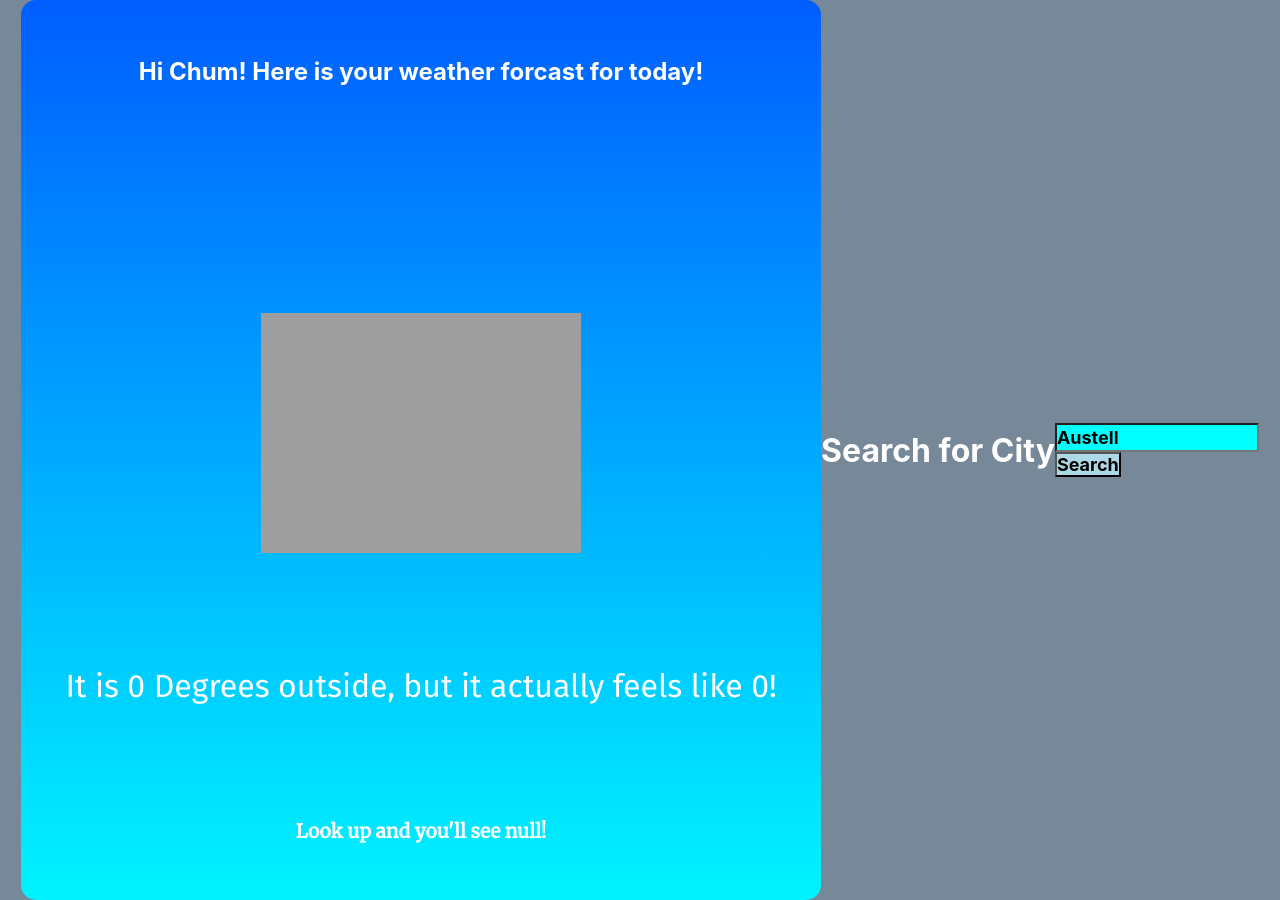
Repository: sayrilamar/chumsweatherapp
Page: /
The author's editor kept a copy of each file at every save. The page is drawn from the files as they stood at one save, then again after the next save.
The browser window is 1280 px wide. The pictures show the whole page.
Pictures or frames that could not be fetched are drawn as grey boxes. The page's requests for data from a server got no answer. The project was rebuilt for these pictures with package versions that can differ from the ones it lists, and the page was loaded fresh each time. No one was signed in, and anything a server would have sent is missing.

Above is the page before, as saved 2020-04-19 09:11:28.

### src/index.css
* {
  margin: 0;
  padding: 0;
  font-family: -apple-system, BlinkMacSystemFont, 'Segoe UI', 'Roboto', 'Oxygen',
    'Ubuntu', 'Cantarell', 'Fira Sans', 'Droid Sans', 'Helvetica Neue',
    sans-serif;
  -webkit-font-smoothing: antialiased;
  -moz-osx-font-smoothing: grayscale;
}

body {
  background: lightslategrey
}

### src/App.js
import React, {useState, useEffect} from "react";
import "./App.css";
import WeatherCard from "./components/WeatherCard/component.js";

function App() {
  const [query,
    setQuery] = useState("Austell");
  const [weather,
    setWeather] = useState({
    temp: null,
    city: null,
    condition: null,
    country: null,
    description: null,
    feels_like: null
  });

  const data = async q => {
    const apiRes = await fetch(`http://api.openweathermap.org/data/2.5/weather?q=${q}&units=imperial&APPID=ab0ef440364092f54ff821ca2b803163`);
    const resJSON = await apiRes.json();
    return resJSON;
  };

  const handleSearch = e => {
    data(query).then(res => console.log(res));
    e.preventDefault();
    data(query).then(res => {
      setWeather({
        temp: res.main.temp,
        city: res.name,
        condition: res.weather[0].main,
        country: res.sys.country,
        description: res.weather[0].description,
        feels_like: res.main.feels_like
      });
    });
  };

  // runs once the dom is loaded for the first time only, because there is no
  // variable being watched in the dependency array
  useEffect(() => {
    data(query).then(res => {
      setWeather({
        temp: res.main.temp,
        city: res.name,
        condition: res.weather[0].main,
        country: res.sys.country,
        description: res.weather[0].description,
        feels_like: res.main.feels_like
      });
    });
  }, []);

  return (
    <div className="App">
      <div>
        <WeatherCard
          temp={Math.round(weather.temp)}
          condition={weather.condition}
          city={weather.city}
          state={weather.country}
          description={weather.description}
          feels_like={Math.round(weather.feels_like)}/>
      </div>
      <h1>Search for City</h1>
      <form>
        <div>
          <input
            className="input"
            value={query}
            onChange={e => setQuery(e.target.value)}/>
        </div>
        <div>
          <button className="button" onClick={e => handleSearch(e)}>
            Search
          </button>
        </div>
      </form>
    </div>
  );
}

export default App;

### src/App.css
@import url("https://fonts.googleapis.com/css?family=Merriweather|Fira+Sans&display=swap");


.App {
  margin: 0 auto;
  color: white;
  display: flex;
  justify-content: center;
  align-items: center;
}


h1 {
  font-weight: bold;
}

.input {
  background-color: aqua;
  font-weight: bold;
  height: 25px;
  width: 200px;
  font-size: large;
}

.button {
  height: fit-content;
  font-size: large;
  font-weight: bold;
  background-color: lightblue
}

### src/components/WeatherCard/component.js
import React from "react";
import styled from "@emotion/styled";
import Location from "./Location";
import Icon from "./Icon";
import Condition from "./Condition";

const WeatherCard = ({
    temp,
    condition,
    city,
    state,
    description,
    feels_like
}) => {
    let highColor = 0;
    let lowColor = 0;
    let bg = null;

    if (temp > 53.6) {
        highColor = (1 - (temp - 53.6) / 50.4) * 255;
        lowColor = highColor - 150;
        bg = `linear-gradient(
            to top,
            rgb(255, ${highColor}, 0),
            rgb(255, ${lowColor}, 0)
          )`;
    } else if (temp <= 53.6) {
        highColor = (1 - (temp + 4) / 89) * 255;
        lowColor = highColor - 150;
        bg = `linear-gradient(
            to top,
            rgb(0, ${highColor}, 255),
            rgb(0, ${lowColor}, 255)
          )`;
    }

    const Card = styled.div `
    margin: 0 auto;
    background: ${bg};
    width: 800px;
    height: 900px;
    display: flex;
    flex-direction: column;
    justify-content: space-around;
    align-items: center;
    border-radius: 15px;
  `;

    return (
        <Card>
            <h2>Hi Chum! Here is your weather forcast for today!</h2>
            <Location city={city} state={state}/>
            <Icon condition={condition}/>
            <Condition
                temp={temp}
                condition={condition}
                description={description}
                feels_like={feels_like}/>
        </Card>
    );
};

export default WeatherCard;

### src/components/WeatherCard/Location.js
import React from "react";
import styled from "@emotion/styled";

const Location = ({city, state}) => {
  const Container = styled.div `
    text-align: center;
  `;

  const City = styled.h1 `
    font-family: "Merriweather", sans-serif;
    font-size: 1.6rem;
  `;

  const Country = styled.h3 `
    font-family: "Fira Sans", sans-serif;
    font-size: 1.1rem;
  `;

  return (
    <Container>
      <City>{city}</City>
      <Country>{state}</Country>
    </Container>
  );
};

export default Location;

### src/components/WeatherCard/Icon.js
import React from "react";
import styled from "@emotion/styled";

// https://openweathermap.org/weather-conditions
const Icon = ({condition}) => {
  let icon;
  switch (condition) {
    case "Clouds":
      icon = `02d@2x`;
      break;
    case "Clear":
      icon = `01d@2x`;
      break;
    case "Haze":
      icon = `50d@2x`;
      break;
    case "Fog":
      icon = `50d@2x`;
      break;
    case "Tornado":
      icon = `50d@2x`;
      break;
    case "Dust":
      icon = `50d@2x`;
      break;
    case "Mist":
      icon = `50d@2x`;
      break;
    case "Snow":
      icon = `13d@2x`;
      break;
    case "Rain":
      icon = `10d@2x`;
      break;
    case "Drizzle":
      icon = `11d@2x`;
      break;
    case "Thunderstorm":
      icon = `11d@2x`;
      break;
    default:
      icon = ``;
      break;
  }

  const Icon = styled.img `
    width: 40%;
  `;

  return (<Icon src={`http://openweathermap.org/img/wn/${icon}.png`} alt="Weather Icon"/>);
};

export default Icon;

### src/components/WeatherCard/Condition.js
import React, {Fragment} from "react";
import styled from "@emotion/styled";

const Condition = ({temp, condition, description, feels_like}) => {
  const Temp = styled.h1 `
    font-family: "Fira Sans", sans-serif;
    font-size: 2rem;
    font-weight: 200;
  `;

  const State = styled.h3 `
    font-family: "Merriweather", sans-serif;
    font-size: 1.2rem;
  `;

  return (
    <Fragment>
      <Temp>
        It is {temp + " "}
        Degrees outside, but it actually feels like {feels_like}!
      </Temp>
      <State>{"Look up and you'll see " + description + "!"}</State>
    </Fragment>
  );
};

export default Condition;

Loaded but not shown: public/index.html (common file); src/index.js (common file); src/serviceWorker.js (common file)

After the next save:
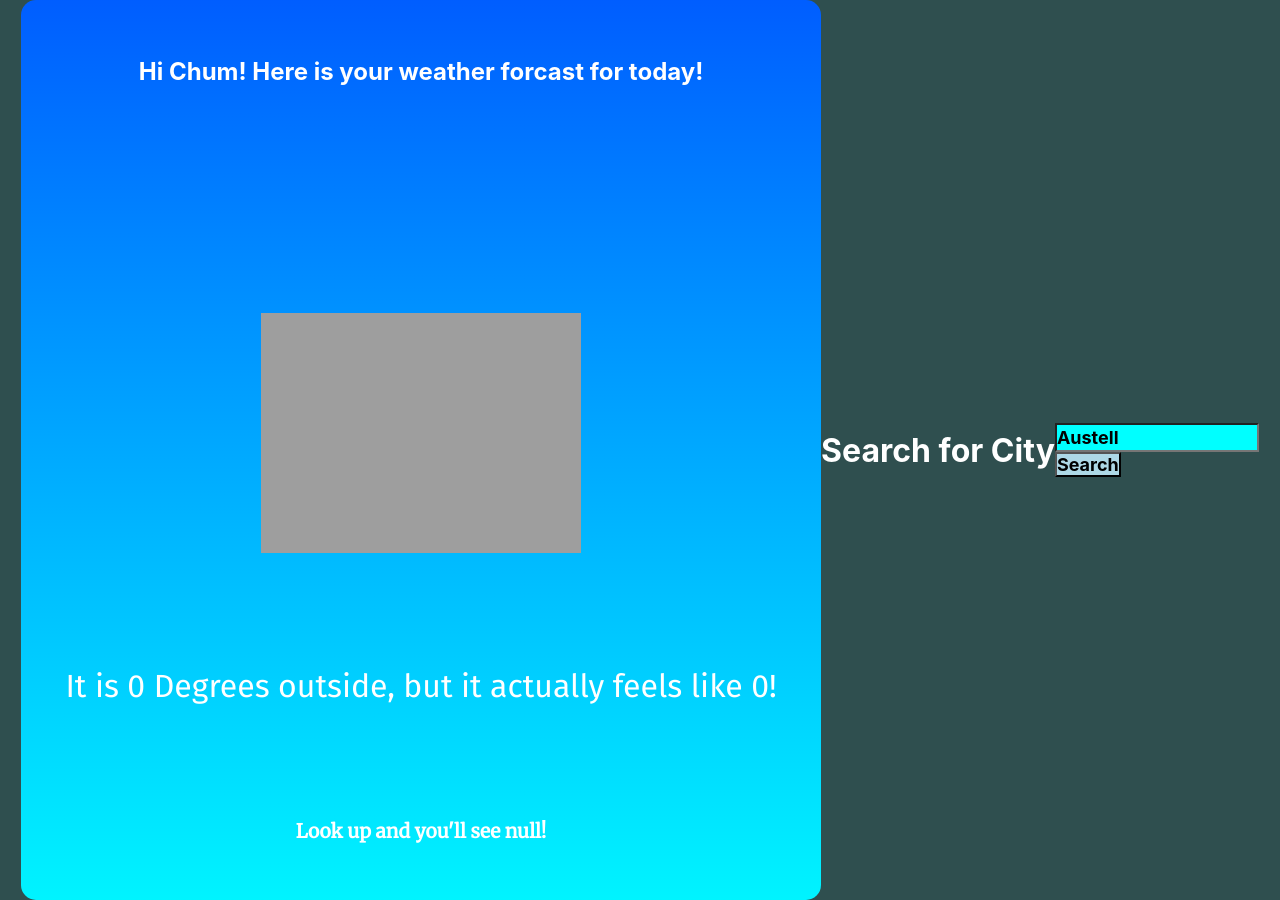
Saved 27 s later.
--- a/src/index.css
+++ b/src/index.css
@@ -9,5 +9,5 @@
 }
 
 body {
-  background: lightslategrey
+  background: darkslategrey
 }
